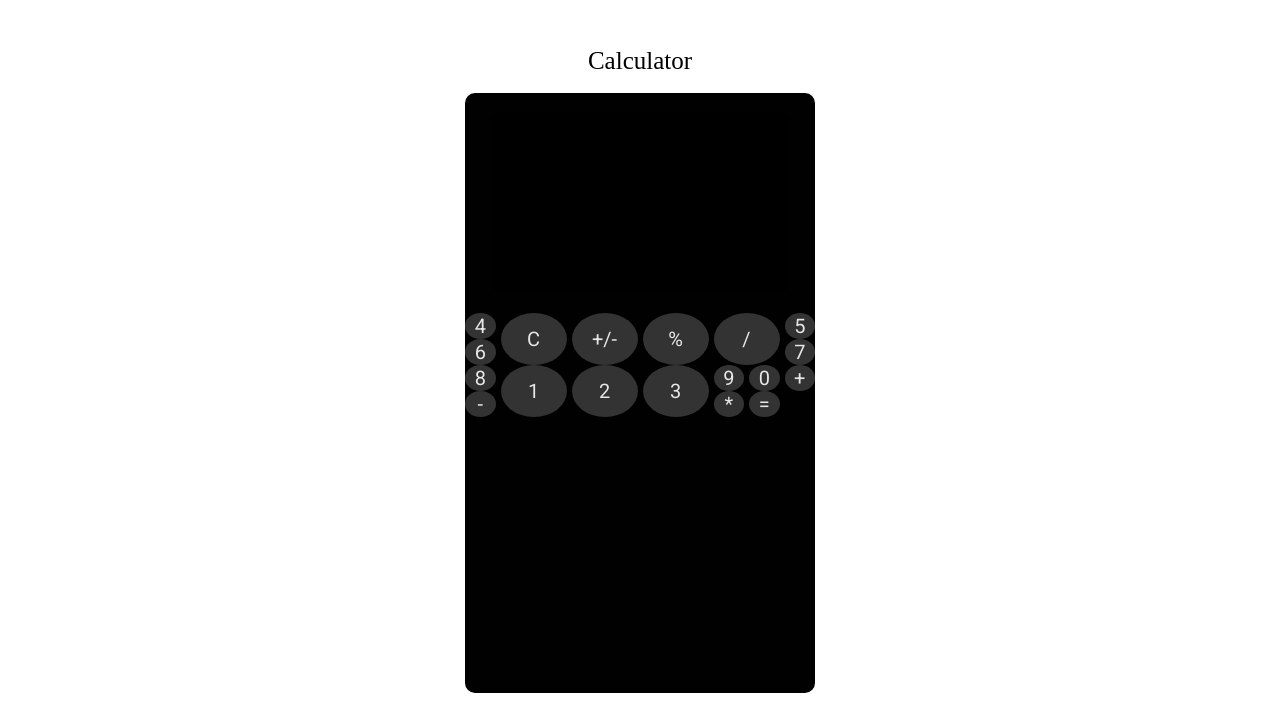
Repository: Gibon9/SimpleCalc
Page: index.html
These files come from the project's save history. The page is drawn as it stood at one moment and after the next save; the edit follows.
The browser window is 1280 px wide. The pictures show the whole page.
Some web fonts or font styles are not loaded; a fallback is used.

Above is the page before, as saved 2020-11-27 19:17:47.

### index.html
<!DOCTYPE html>
<html lang="en">
  <head>
    <meta charset="UTF-8" />
    <meta name="viewport" content="width=device-width, initial-scale=1.0" />
    <link rel="stylesheet" href="style/reset.css" />
    <link rel="stylesheet" href="style/style.css" />
    <title>Calculator</title>
  </head>

  <body>
    <main class="main">
      <h1 class="title">Calculator</h1>
      <section class="clac">
        <div class="calc-display" id="display"></div>
        <section class="keyboard" id="keyboard">
          <button class="calc-button c-btn" id="clear">C</button>
          <button class="calc-button plus-minus-btn" id="plus-minus">
            +/-
          </button>
          <button class="calc-button percent-btn" id="percent">%</button>
          <button class="calc-button one-btn" id="btn1">1</button>
          <button class="calc-button two-btn" id="btn2">2</button>
          <button class="calc-button three-btn" id="btn3">3</button>
          <button class="calc-button four-btn" id="btn4">4</button>
          <button class="calc-button five-btn" id="btn5">5</button>
          <button class="calc-button six-btn" id="btn6">6</button>
          <button class="calc-button seven-btn" id="btn7">7</button>
          <button class="calc-button eight-btn" id="btn8">8</button>
          <button class="calc-button nine-btn" id="btn9">9</button>
          <button class="calc-button zero-btn" id="btn0">0</button>
          <button class="calc-button plus-btn" id="plus">+</button>
          <button class="calc-button minus-btn" id="minus">-</button>
          <button class="calc-button divide-btn" id="divide">/</button>
          <button class="calc-button" id="multiply">*</button>
          <button class="calc-button" id="equal">=</button>
        </section>
      </section>
    </main>
    <script src="./index.js"></script>
  </body>
</html>

### style/style.css
@import url("https://fonts.googleapis.com/css2?family=Roboto&family=Saira+Stencil+One&display=swap");

:root {
  --background-color: #010101;
  --display-color: black;
  --primary-btn-color: ##a5a5a5;
  --secondary-color: #333333;
  --secondary-btn-color: #fd9624;
  --text-color: #e7e7e7;
}

.calc-display,
.title {
  font-family: "Saira Stencil One", cursive;
}

.calc-button {
  font-family: "Roboto", sans-serif;
}

.main {
  display: flex;
  flex-direction: column;
  justify-content: center;
  align-items: center;
  width: 100vw;
  height: 100vh;
}

.title {
  font-size: 25px;
  margin: 20px 0;
}

.clac {
  width: 350px;
  height: 600px;
  background-color: var(--background-color);
  border-radius: 10px;
}

.calc-display {
  margin: 20px auto;
  width: 300px;
  height: 30%;
  background-color: var(--display-color);
  color: var(--primary-color);
  border-radius: 10px;
  font-size: 40px;
}

.keyboard {
  display: grid;
  grid-template-columns: repeat(10, 1fr);
  grid-template-rows: repeat(12, 1fr);
  column-gap: 5px;
}

.calc-button {
  font-size: 20px;
  color: var(--text-color);
  background-color: var(--secondary-color);
  border-radius: 50%;
  border: none;
}

.c-btn {
  grid-column: 2/4;
  grid-row: 1/3;
}

.plus-minus-btn {
  grid-column: 4/6;
  grid-row: 1/3;
}

.percent-btn {
  grid-column: 6/8;
  grid-row: 1/3;
}

.divide-btn {
  grid-column: 8/10;
  grid-row: 1/3;
}

.one-btn {
  grid-column: 2/4;
  grid-row: 3/5;
}

.two-btn {
  grid-column: 4/6;
  grid-row: 3/5;
}

.three-btn {
  grid-column: 6/8;
  grid-row: 3/5;
}

.multiply-btn {
  grid-column: 8/10;
  grid-row: 3/5;
}

Loaded but not shown: style/reset.css (common file); index.js (no copy from this time; the picture is the same without it)

After the next save:
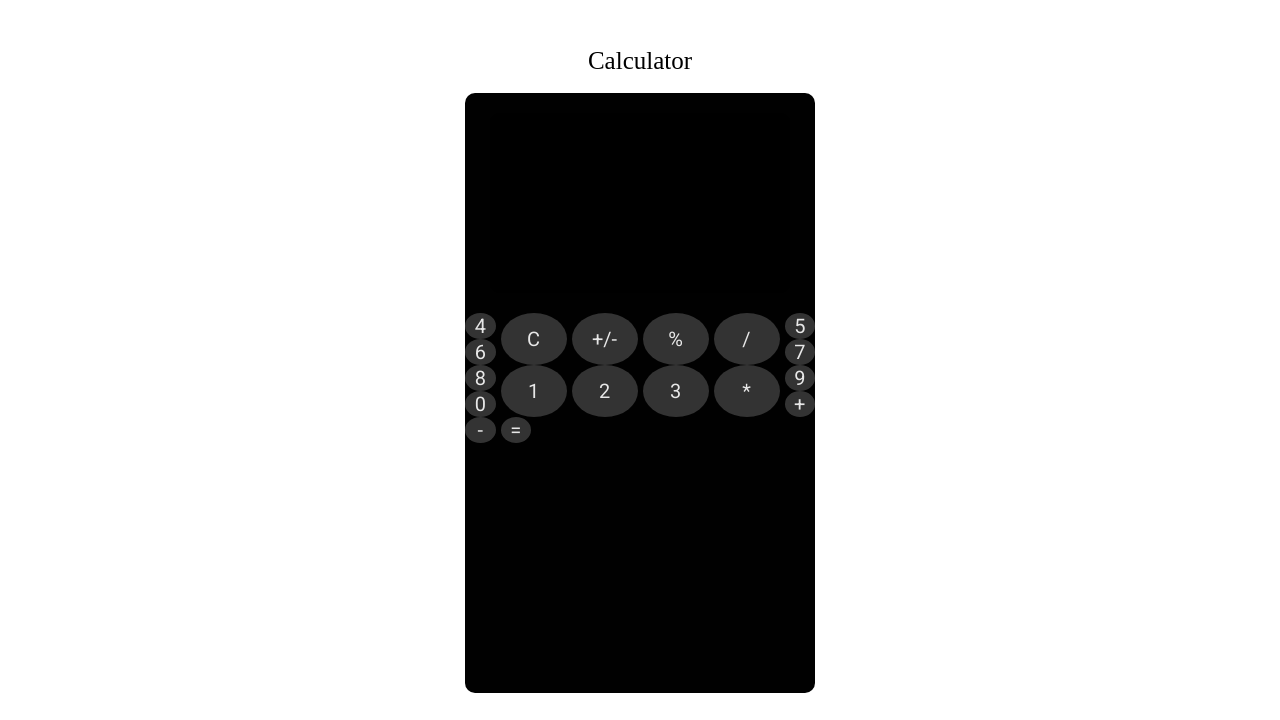
Saved 15 s later.
--- a/index.html
+++ b/index.html
@@ -32,7 +32,7 @@
           <button class="calc-button plus-btn" id="plus">+</button>
           <button class="calc-button minus-btn" id="minus">-</button>
           <button class="calc-button divide-btn" id="divide">/</button>
-          <button class="calc-button" id="multiply">*</button>
+          <button class="calc-button multiply-btn" id="multiply">*</button>
           <button class="calc-button" id="equal">=</button>
         </section>
       </section>
